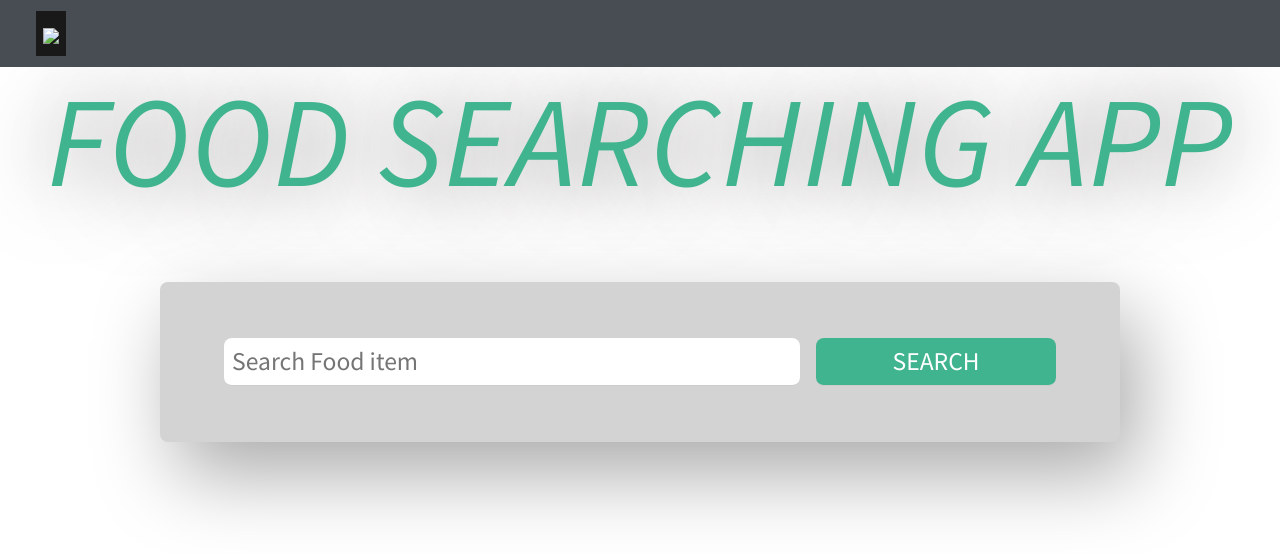
Repository: priyavmehta/React-Food-Recipe-App
Page: /
These files come from the project's save history. The page is drawn as it stood at one moment and after the next save; the edit follows.
The browser window is 1280 px wide. The pictures show the whole page.
Some web libraries are served in a nearby version. The project was rebuilt for these pictures with package versions that can differ from the ones it lists, and the page was loaded fresh each time. Also part of the build but not shown: src/Components/RecipeDetails.js, src/Components/Recipe.js, src/Components/Alert.js.

Above is the page before, as saved 2020-07-11 22:26:13.
Not found: img/dish.png

### public/index.html
<!DOCTYPE html>
<html lang="en">
  <head>
    <meta charset="utf-8" />
    <link rel="icon" href="%PUBLIC_URL%/favicon.ico" />
    <meta name="viewport" content="width=device-width, initial-scale=1" />
    <meta name="theme-color" content="#000000" />
    <meta
      name="description"
      content="Web site created using create-react-app"
    />
    <link rel="apple-touch-icon" href="%PUBLIC_URL%/logo192.png" />
    <link rel="manifest" href="%PUBLIC_URL%/manifest.json" />

    <script src="https://kit.fontawesome.com/c3f9cf1e2c.js" crossorigin="anonymous"></script>

    <link rel="stylesheet" href="https://stackpath.bootstrapcdn.com/bootstrap/4.3.1/css/bootstrap.min.css" integrity="sha384-ggOyR0iXCbMQv3Xipma34MD+dH/1fQ784/j6cY/iJTQUOhcWr7x9JvoRxT2MZw1T" crossorigin="anonymous">
    <script src="https://code.jquery.com/jquery-3.3.1.slim.min.js" integrity="sha384-q8i/X+965DzO0rT7abK41JStQIAqVgRVzpbzo5smXKp4YfRvH+8abtTE1Pi6jizo" crossorigin="anonymous"></script>
<script src="https://cdnjs.cloudflare.com/ajax/libs/popper.js/1.14.7/umd/popper.min.js" integrity="sha384-UO2eT0CpHqdSJQ6hJty5KVphtPhzWj9WO1clHTMGa3JDZwrnQq4sF86dIHNDz0W1" crossorigin="anonymous"></script>
<script src="https://stackpath.bootstrapcdn.com/bootstrap/4.3.1/js/bootstrap.min.js" integrity="sha384-JjSmVgyd0p3pXB1rRibZUAYoIIy6OrQ6VrjIEaFf/nJGzIxFDsf4x0xIM+B07jRM" crossorigin="anonymous"></script>

    <title>Food App</title>
  </head>
  <body>
    <noscript>You need to enable JavaScript to run this app.</noscript>
    <div id="root"></div>
    <!--
      This HTML file is a template.
      If you open it directly in the browser, you will see an empty page.

      You can add webfonts, meta tags, or analytics to this file.
      The build step will place the bundled scripts into the <body> tag.

      To begin the development, run `npm start` or `yarn start`.
      To create a production bundle, use `npm run build` or `yarn build`.
    -->
  </body>
</html>

### src/App.js
import React, { useState } from 'react';
import './App.css';
import RecipeState from './context/recipe/RecipeState';
import Search from './Components/Search';
import { BrowserRouter as Router, Switch, Route } from 'react-router-dom'
import Navbar from './Components/Navbar';

const App = () => {

  return (
    <RecipeState>
      <Router>
      <Navbar />
        <div className="App">

          <Search/>
        </div>
      </Router>
    </RecipeState>
  );
}

export default App;

### src/App.css
@import url("https://fonts.googleapis.com/css?family=Source+Sans+Pro:300,300i,400,400i,600,600i,700&display=swap");

* {
  font-family: "Source Sans Pro", sans-serif;
  margin: 0;
  padding: 0;
  text-decoration: none;
  list-style-type: none;
  outline: none;
}

.App {
  display: flex;
  flex-direction: column;
  align-items: center;
}

h1 {
  font-size: 8rem;
  letter-spacing: 0.1rem;
  font-style: italic;
  color: #40b48e;
  text-shadow: 0 0.2rem 5rem rgb(119, 115, 115);
  text-transform: uppercase;
  margin: 4rem 0;
}

.search-form {
  width: 60rem;
  height: 10rem;
  display: flex;
  justify-content: center;
  align-items: center;
  background-color: #d3d3d3;
  border-radius: 0.5rem;
  margin-bottom: 5rem;
  box-shadow: 1rem 2rem 5rem #aaa;
  position: relative;
}

.alert {
  /*position: absolute;*/
  top: -3rem;
  left: 0;
  background-color: rgb(233, 72, 72);
  width: calc(100% - 0.4rem);
  border-radius: 0.5rem;
  padding: 0.2rem;
}

.alert h3 {
  font-size: 1.8rem;
  color: #fff;
  font-weight: 400;
  text-transform: uppercase;
  text-align: center;
}

.search-form input {
  font-size: 1.6rem;
  border: none;
  border-bottom: 0.1rem solid #ccc;
  margin: 0 0.5rem;
  border-radius: 0.5rem;
  height: 3rem;
}

.search-form input[type="text"] {
  padding: 0 0.5rem;
  width: 60%;
  color: #555;
}

.search-form input[type="submit"] {
  width: 25%;
  text-transform: uppercase;
  background-color: #40b48e;
  color: #fff;
}

.recipes {
  width: 90%;
  display: flex;
  align-items: center;
  flex-wrap: wrap;
  justify-content: center;
  align-items: flex-start;
}

.recipe {
  width: 30rem;
  margin: 3rem;
  display: flex;
  flex-direction: column;
  background-color: #d3d3d3;
  padding: 2rem;
  position: relative;
  border-radius: 0.5rem;
  box-shadow: 2rem 3rem 5rem #aaa;
}

.recipe h2 {
  background-color: rgba(161, 161, 161, 0.7);
  border-radius: 0.5rem;
  padding: 0.3rem 0.5rem;
  position: absolute;
  top: 2.5rem;
  left: 2.5rem;
  right: 2.5rem;
  font-size: 2.5rem;
  font-weight: 400;
  text-shadow: 0 0.5rem 0.5rem #555;
  color: #fff;
}

.recipe img {
  border-radius: 0.5rem;
  object-fit: cover;
}

.recipe a {
  font-size: 1.8rem;
  color: #40b48e;
}

/* .recipe button {
  font-size: 2rem;
  text-transform: uppercase;
  color: #fff;
  background-color: #40b48e;
  border: none;
  border-radius: 0.5rem;
  height: 3rem;
} */

.ingredient-list {
  margin-top: 1rem;
  background-color: #f0f0f0;
  border-radius: 0.5rem;
  padding: 0.5rem;
}

.ingredient-list li {
  margin: 0.5rem 0;
}

.ingredient-text {
  font-size: 1.5rem;
  color: #888;
}

.ingredient-weight {
  color: #40b48e;
  font-size: 1.3rem;
}

.navbar {
  /* display: flex; */
  /*justify-content: space-between;*/
  align-items: center;
  padding: 0.7rem 2rem;
  z-index: 1;
  width: 100%;
  opacity: 0.9;
  margin-bottom: 1rem;
}

.navbar ul {
  display: flex;

}

.navbar a {
  color: #fff;
  padding: 0.45rem;
  margin: 0 0.25rem;
  background-color: black;
}

.navbar a:hover {
  color: var(--light-color);
}

.navbar .welcome span {
  margin-right: 0.6rem;
}


.bg-primary {
  background: var(--primary-color);
  color: #fff;
}

### src/context/recipe/RecipeState.js
import React, { useReducer, useState, useEffect } from 'react'
import recipeContext from './recipeContext'
import recipeReducer from './recipeReducer';
import axios from 'axios'
import {SEARCH_RECIPE, SET_ALERT, REMOVE_ALERT, SET_HOME_PAGE} from '../types'

const RecipeState = (props) => {

    const initialState = {

        recipes : [],
        alert : ""
    };

    const home_recipes = []

    const [state, dispatch] = useReducer(recipeReducer, initialState);

    const YOUR_APP_ID = 'a232e31f';
    const YOUR_APP_KEY = 'd3cfbfb089b421a6f5135d309faa2604';

    // useEffect(async () => {
    //     const dosa = await axios.get(`https://api.edamam.com/search?q=dosa&app_id=${YOUR_APP_ID}&app_key=${YOUR_APP_KEY}`)
    //     const dosa_results = dosa.data.hits;
    //     home_recipes.push(dosa_results[5])
    //     home_recipes.push(dosa_results[9])

    //     const data = await axios.get(`https://api.edamam.com/search?q=pav&app_id=${YOUR_APP_ID}&app_key=${YOUR_APP_KEY}`)
    //     const results = data.data.hits;
    //     home_recipes.push(results[0])
    //     home_recipes.push(results[1])

    //     dispatch({type : SET_HOME_PAGE, payload : home_recipes})
    //     console.log("All Done")
    //     console.log(state.recipes)
    // }, [])

    const getData = async (text) => {
        if (text !== ''){
            const url = `https://api.edamam.com/search?q=${text}&app_id=${YOUR_APP_ID}&app_key=${YOUR_APP_KEY}`
            const data = await axios.get(url);
            if (!data.data.more){
                return (
                    dispatch({type : SET_ALERT, payload : "Such a food item is not available.."}),
                    setTimeout (() => dispatch({ type : REMOVE_ALERT }), 5000)
                )
            }
            dispatch({type: SEARCH_RECIPE, payload: data.data.hits})
            console.log(state.recipes)
        } else {
            dispatch ({type : SET_ALERT, payload: "Please enter something"})
            setTimeout (() => dispatch({ type : REMOVE_ALERT }), 5000)
        }

    }

    const getIndian = async () => {

    }

    return <recipeContext.Provider value = {{
            getData,
            recipes: state.recipes,
            alert : state.alert
        }
    }
    >
        {props.children}
    </recipeContext.Provider>
}

export default RecipeState

### src/Components/Search.js
import React, {Fragment, useContext, useState} from 'react'
import recipeContext from '../context/recipe/recipeContext'
import Recipe from './Recipe'
import Alert from './Alert'

const Search = () => {

    const [query, setQuery] = useState("")

    const RecipeContext = useContext(recipeContext)
    const {getData, recipes, alert} = RecipeContext

    const changeQuery = (event) => setQuery(event.target.value)

    const onSubmitQuery = (event) => {
        event.preventDefault()
        getData(query)
        setQuery("")
    }

    return (
        <Fragment>
            <h1 >Food Searching App</h1>
            { alert !== "" && <Alert/>}
            <form className = "search-form" onSubmit = {onSubmitQuery}>
                <input type="text" placeholder = "Search Food item" autoComplete = "off" onChange = {changeQuery} value = {query} />
                <input type = "submit" value = "Search" />
            </form>
            <div className = "recipes">
                {
                    recipes !== [] && (
                        recipes.map(recipe => <Recipe recipe = {recipe}/>)
                    )
                }
            </div>
        </Fragment>
    )
}

export default Search

### src/Components/Navbar.js
import React from 'react'
import PropTypes from 'prop-types'
import { Link } from 'react-router-dom'

const Navbar = ({icon, title}) => {

    return (
        <nav class="navbar navbar-expand-md navbar-light bg-dark fixed-top">
            <a class="navbar-brand"><img src="img/dish.png" /></a>
            {/* <button type="button" class="navbar-toggler bg-light" data-toggle="collapse" data-target="#nav">
                <span class="navbar-toggler-icon"></span>
            </button>
            <div class="collapse navbar-collapse justify-content-between" id="nav">
                <ul class="navbar-nav">
                    <li class="nav-item" >
                        <a class="nav-link text-light font-weight-bold px-3" href="#">HOME</a>
                    </li>
                    <li class="nav-item">
                        <a class="nav-link text-light font-weight-bold px-3" href="#">ABOUT US</a>
                    </li>
                    <li class="nav-item">
                        <a class="nav-link text-light font-weight-bold px-3" href="#">CONTACT</a>
                    </li>
                </ul>
                <form class="form-inline ml-3">
                    <div class="input-group">
                        <input type="text" class="form-control " placeholder="Search" >
                        <button type="submit"><i class="fa fa-search"></i></button>
                    </div>

                </form>

            </div> */}

        </nav>
    )
}

Navbar.defaultProps = {
    title : "Food App",
    icon : "fab fa-github"
};

Navbar.propTypes = {
    title : PropTypes.string.isRequired,
    icon : PropTypes.string.isRequired
};

export default Navbar

### src/context/recipe/recipeContext.js
import { createContext } from 'react'

const recipeContext = createContext()

export default recipeContext

### src/context/recipe/recipeReducer.js
import {SEARCH_RECIPE, SET_ALERT, REMOVE_ALERT, SET_HOME_PAGE} from '../types'

export default (state, action) => {
    switch(action.type){
        case SET_HOME_PAGE:
            return{
                ...state,
                recipes : action.payload
            }
        case REMOVE_ALERT:
            return{
                ...state,
                alert: ""
            }
        case SET_ALERT:
            return{
                ...state,
                alert: action.payload
            }
        case SEARCH_RECIPE:
            return {
                ...state,
                recipes : action.payload,
                alert: ""
            }
        default:
            return state
    }
}

### src/context/types.js
export const SEARCH_RECIPE = "SEARCH_RECIPE";
export const CHANGE_QUERY = "CHANGE_QUERY";
export const SET_ALERT = "SET_ALERT";
export const REMOVE_ALERT = "REMOVE_ALERT";
export const SET_HOME_PAGE = "SET_HOME_PAGE";

Loaded but not shown: src/index.js (common file); src/index.css (common file); src/serviceWorker.js (common file)

After the next save:
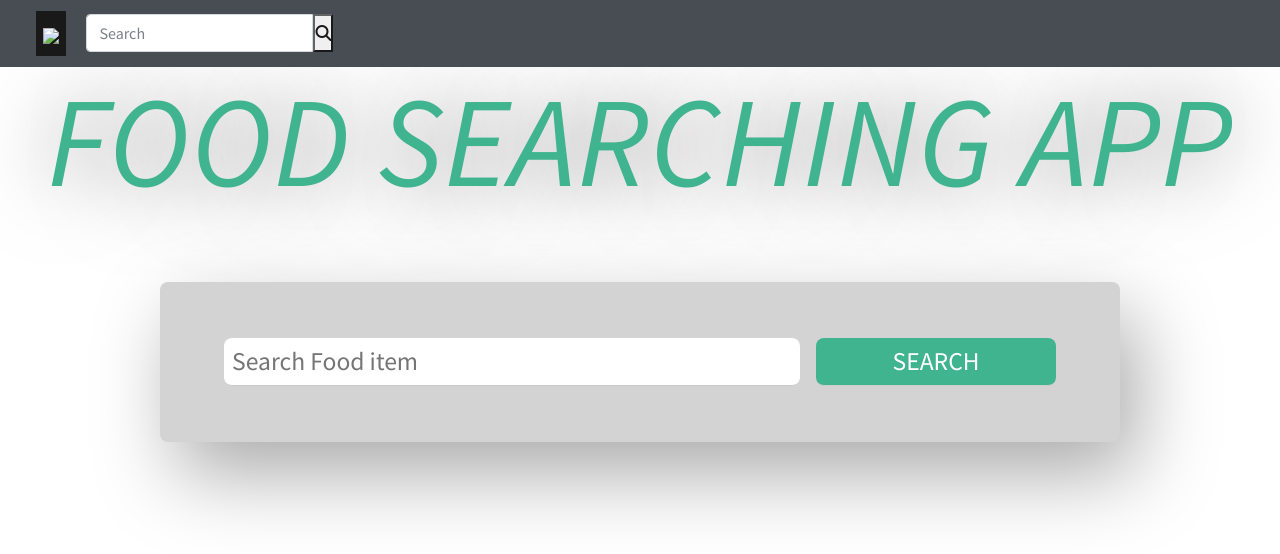
Saved 101 s later.
--- a/src/Components/Navbar.js
+++ b/src/Components/Navbar.js
@@ -7,11 +7,11 @@ const Navbar = ({icon, title}) => {
     return (
         <nav class="navbar navbar-expand-md navbar-light bg-dark fixed-top">
             <a class="navbar-brand"><img src="img/dish.png" /></a>
-            {/* <button type="button" class="navbar-toggler bg-light" data-toggle="collapse" data-target="#nav">
+            <button type="button" class="navbar-toggler bg-light" data-toggle="collapse" data-target="#nav">
                 <span class="navbar-toggler-icon"></span>
             </button>
-            <div class="collapse navbar-collapse justify-content-between" id="nav">
-                <ul class="navbar-nav">
+             <div class="collapse navbar-collapse justify-content-between" id="nav">
+                {/* <ul class="navbar-nav">
                     <li class="nav-item" >
                         <a class="nav-link text-light font-weight-bold px-3" href="#">HOME</a>
                     </li>
@@ -21,16 +21,16 @@ const Navbar = ({icon, title}) => {
                     <li class="nav-item">
                         <a class="nav-link text-light font-weight-bold px-3" href="#">CONTACT</a>
                     </li>
-                </ul>
+                </ul>*/}
                 <form class="form-inline ml-3">
                     <div class="input-group">
-                        <input type="text" class="form-control " placeholder="Search" >
+                        <input type="text" class="form-control " placeholder="Search" />
                         <button type="submit"><i class="fa fa-search"></i></button>
                     </div>
 
                 </form>
 
-            </div> */}
+            </div>
 
         </nav>
     )
